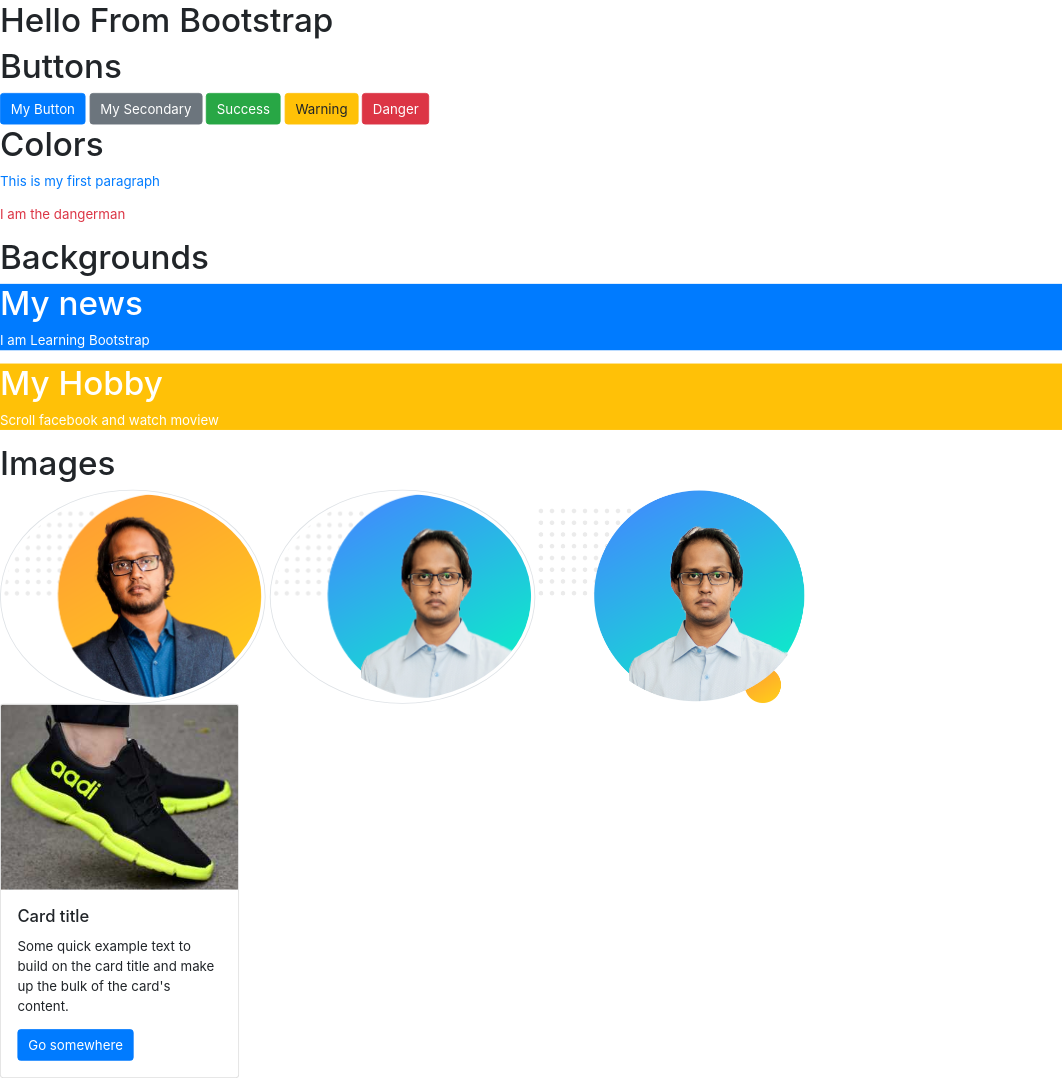
Repository: mohsinfarabi/bootstrap-practice
Page: index.html
These files come from the project's save history. The page is drawn as it stood at one moment and after the next save; the edit follows.
The browser window is 1280 px wide. The pictures show the whole page, at 83% of full size.

Above is the page before, as saved 2020-07-06 03:10:53.

### index.html
<!DOCTYPE html>
<html lang="en">

<head>
    <meta charset="UTF-8">
    <meta name="viewport" content="width=device-width, initial-scale=1.0">
    <title>Document</title>
    <link rel="stylesheet" href="css\bootstrap\css\bootstrap.min.css">
</head>

<body>
    <h1>Hello From Bootstrap</h1>
    <h1>Buttons</h1>
    <button class="btn btn-primary">My Button</button>
    <button class="btn btn-secondary">My Secondary</button>
    <button class="btn btn-success">Success</button>
    <button class="btn btn-warning">Warning</button>
    <button class="btn btn-danger">Danger</button>

    <h1>Colors</h1>
    <p class="text-primary">This is my first paragraph</p>
    <p class="text-danger">I am the dangerman</p>

    <h1>Backgrounds</h1>
    <div class="bg-primary text-white">
        <h1>My news</h1>
        <p>I am Learning Bootstrap</p>
    </div>
    <div class="bg-warning text-white">
        <h1>My Hobby</h1>
        <p>Scroll facebook and watch moview</p>
    </div>

    <h1>Images</h1>
    <img src="images/profile1.png" class="img-fluid w-25 rounded-circle img-thumbnail" alt="">
    <img src="images/profile2.png" class="img-fluid w-25 rounded-circle img-thumbnail" alt="">
    <img src="images/profile2.png" class="img-fluid w-25" alt="">

    <div class="card" style="width: 18rem;">
        <img src="images/card1.jpeg" class="card-img-top" alt="...">
        <div class="card-body">
            <h5 class="card-title">Card title</h5>
            <p class="card-text">Some quick example text to build on the card title and make up the bulk of the card's content.</p>
            <a href="#" class="btn btn-primary">Go somewhere</a>
        </div>
    </div>
</body>

</html>

Loaded but not shown: css/bootstrap/css/bootstrap.min.css (library)

After the next save:
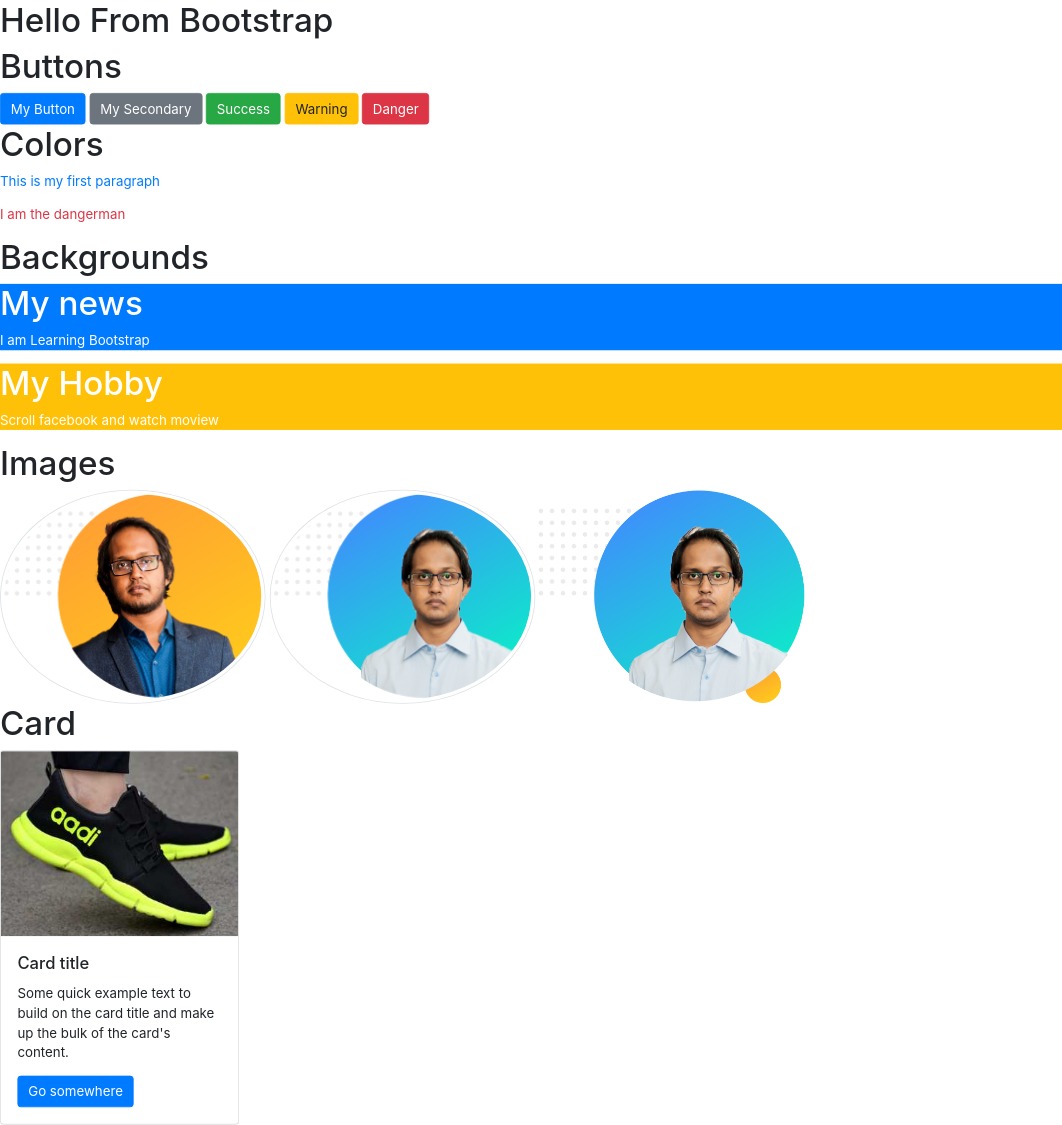
Saved 31 s later.
--- a/index.html
+++ b/index.html
@@ -36,6 +36,7 @@
     <img src="images/profile2.png" class="img-fluid w-25 rounded-circle img-thumbnail" alt="">
     <img src="images/profile2.png" class="img-fluid w-25" alt="">
 
+    <h1>Card</h1>
     <div class="card" style="width: 18rem;">
         <img src="images/card1.jpeg" class="card-img-top" alt="...">
         <div class="card-body">
